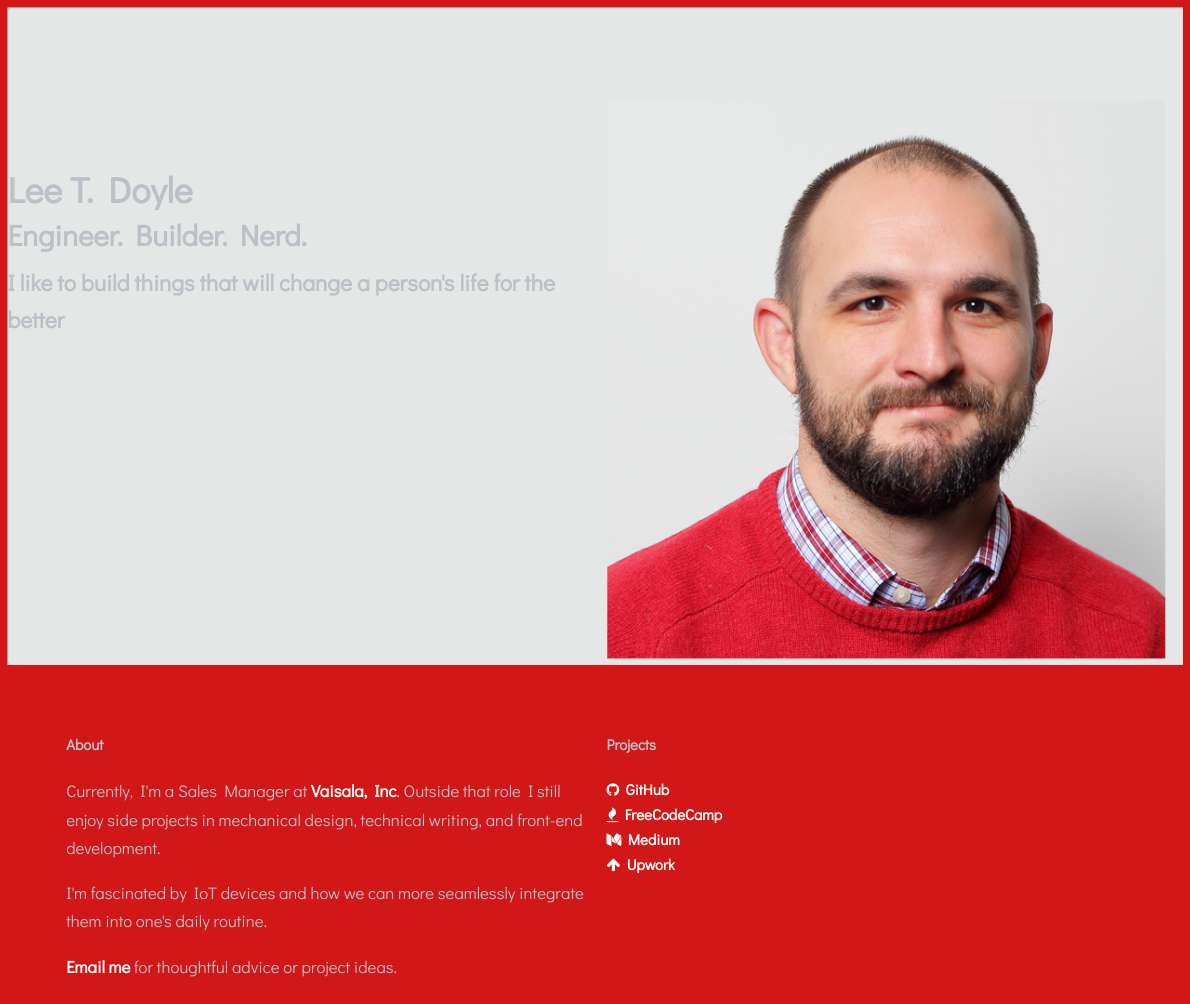
Repository: ldoyle0/ldoyle0.github.io
Page: index.html
The author's editor kept a record of every edit. The page is drawn from the files as they stood at one moment, then again after the next edit.
The browser window is 1280 px wide. The pictures show the whole page, at 93% of full size.
Some web libraries are served in a nearby version.

Above is the page before.

After the next edit:
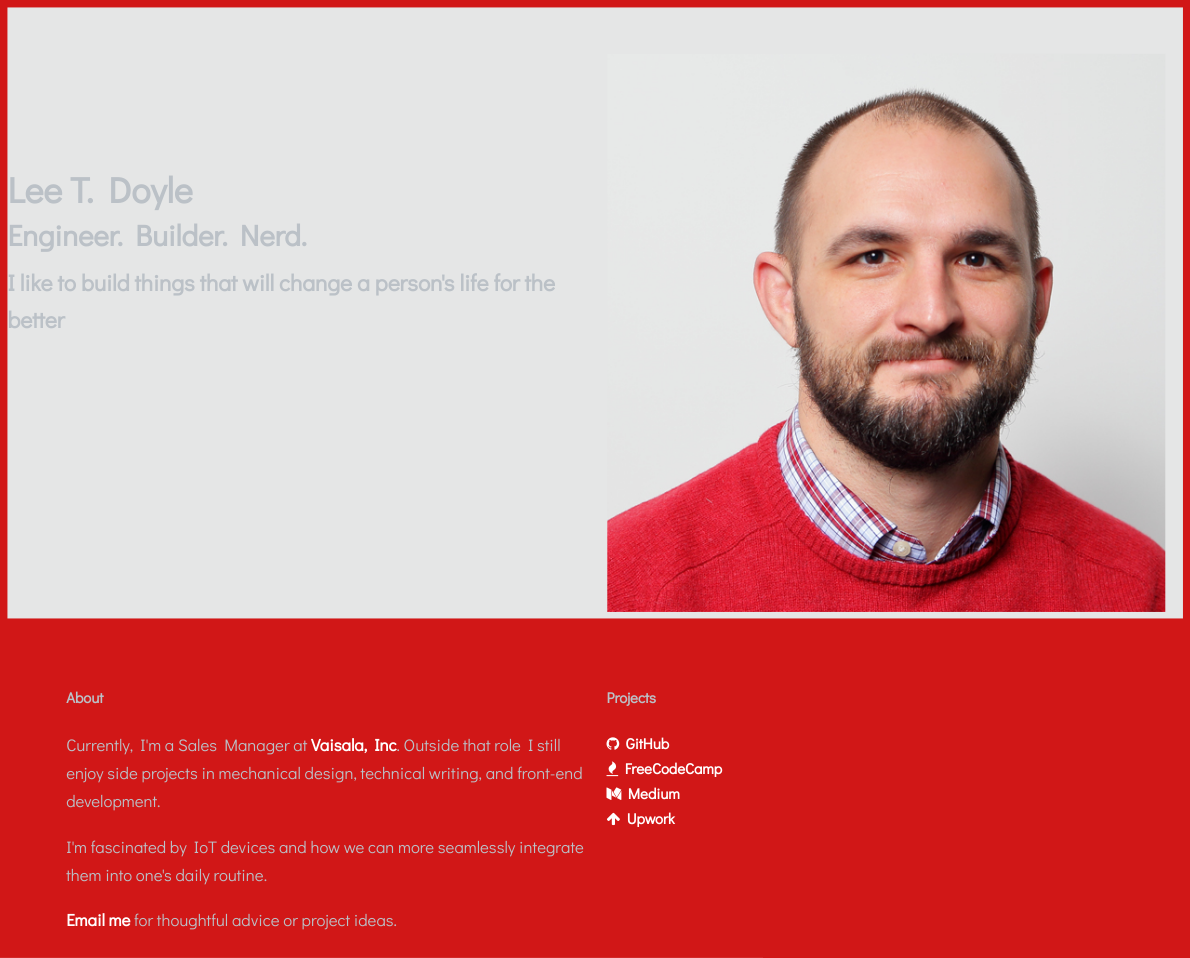
The edit:
--- a/css/style.css
+++ b/css/style.css
@@ -66,13 +66,45 @@
     background-color: #e5e6e6;
 }
 
+@media only screen and (min-width: 1200px) {
+  .title {
+    min-height: 492px;
+  }
+}
 .title .left {
-    padding-top: 165px;
-    padding-bottom: 125px;
-}
-
+  padding-top: 165px;
+  padding-bottom: 125px;
+}
+@media only screen and (max-width: 767px) {
+  .title .left {
+    padding-top: 30px;
+    padding-bottom: 0;
+  }
+}
+@media only screen and (min-width: 768px) and (max-width: 991px) {
+  .title .left {
+    padding-top: 80px;
+    padding-bottom: 0;
+  }
+}
 .title .right {
-    padding-top: 100px;
+  padding-top: 50px;
+}
+@media only screen and (max-width: 767px) {
+  .title h2 {
+    font-size: 16px;
+  }
+}
+.title h2 em {
+  padding-left: 5px;
+  padding-right: 5px;
+}
+@media only screen and (max-width: 767px) {
+  .title h2 em {
+    padding-left: 0;
+    padding-right: 0;
+    font-size: 16px;
+  }
 }
 
 .row {
